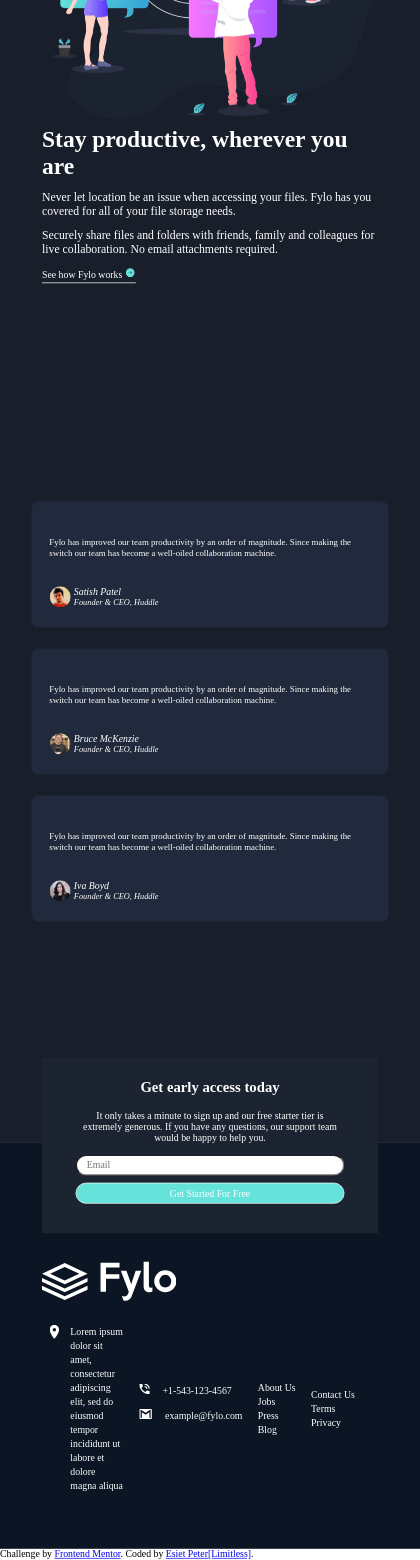
Repository: pboi18/SideHustle
Page: index.html
An editor plug-in stored every save of this project. The page is shown before and after the next save, followed by the edit.
The browser window is 600 px wide. The pictures show the part of the page from y = 2162 to 4402 px (the page is 4390 px tall before and 4402 px after), at 70% of full size.

Above is the page before, as saved 2021-07-06 13:18:36.

After the next save:
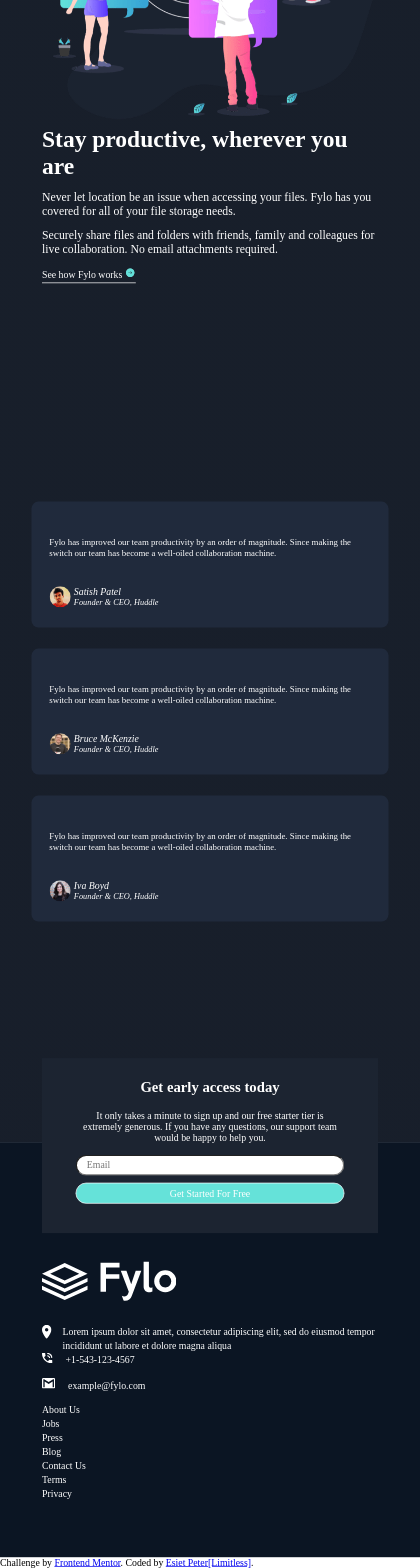
Saved 2 min 59 s later.
--- a/style.css
+++ b/style.css
@@ -390,4 +390,8 @@
     width: 40%;
 }
 
-}
+.ul1, .ul2, .ul3, .ul4, .ul5 {
+    width: 100%;
+}
+
+}
